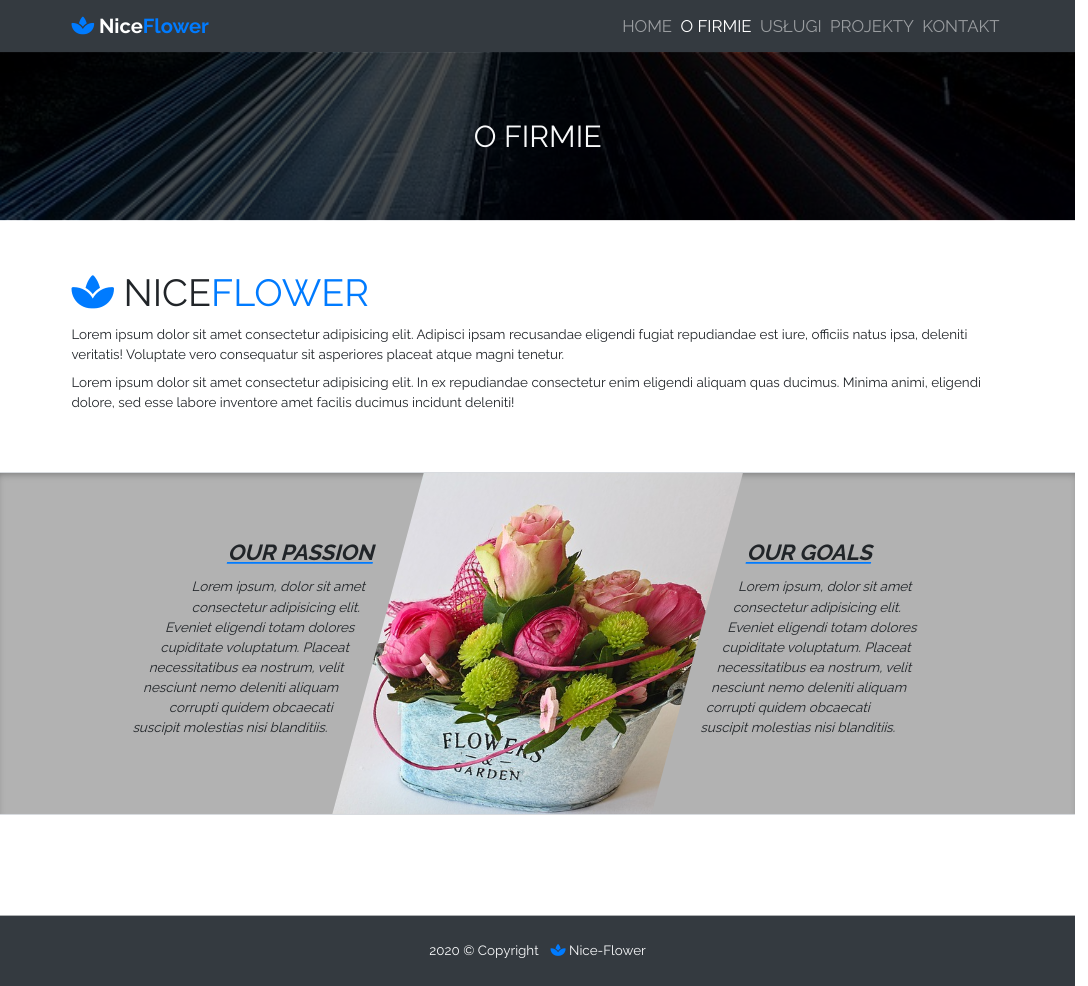
Repository: KrzysKolo/Projekt-13_Kwiaciarnia
Page: abouteus.html
An editor plug-in stored every save of this project. The page is shown before and after the next save, followed by the edit.
The browser window is 1280 px wide. The page is 1280 px wide, then 1295 px, so the pictures cover 1295 px, including what lies to the right of the window. The pictures show the whole page, at 84% of full size.
Some web libraries are served in a nearby version.

Above is the page before, as saved 2020-08-10 10:24:20.

After the next save:
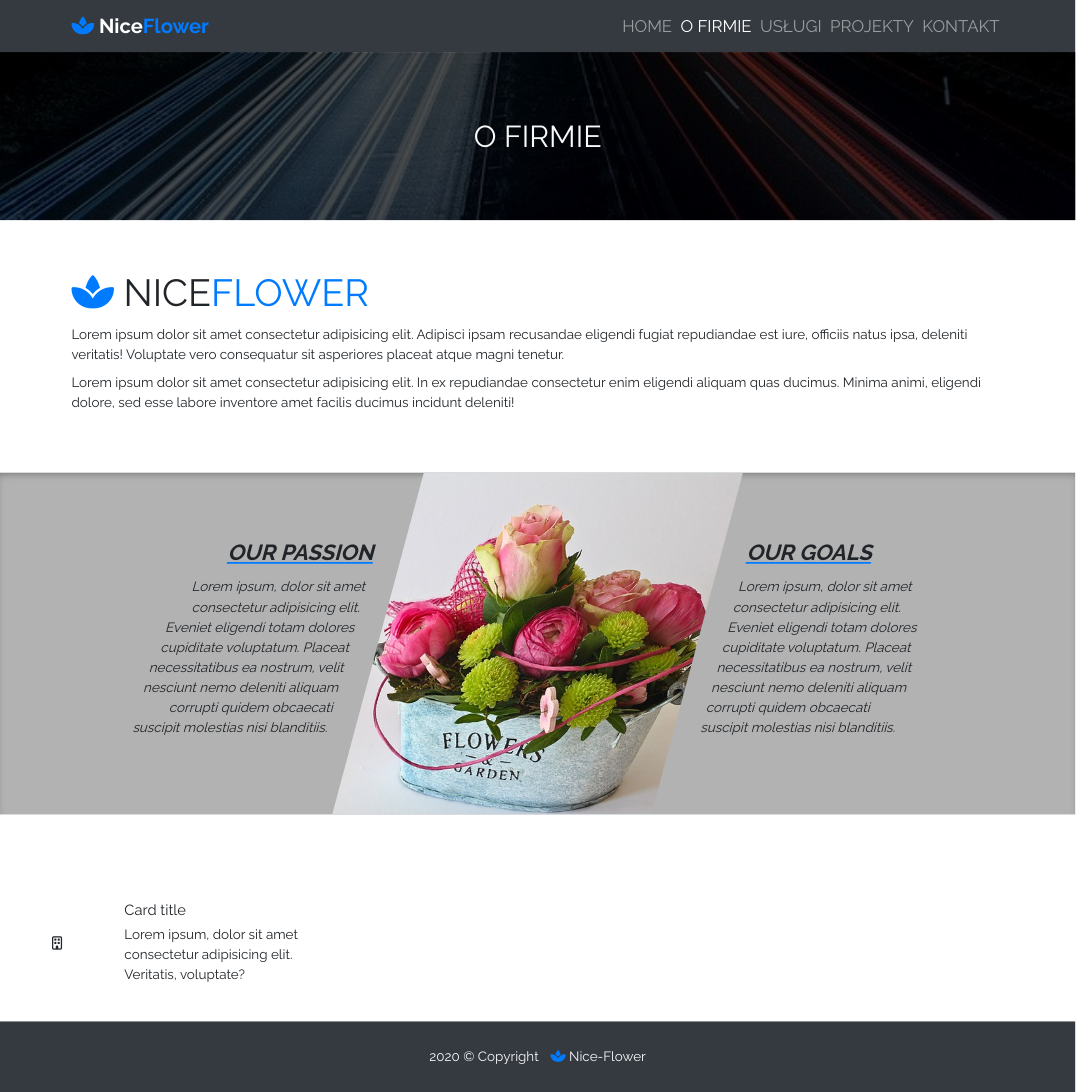
Saved 4 min 17 s later.
--- a/abouteus.html
+++ b/abouteus.html
@@ -118,7 +118,18 @@
             <div class="row no-gutters">
               <div
                 class="col-4 d-flex justify-content-center align-items-center"
-              ></div>
+              >
+                <i class="far fa-building"></i>
+              </div>
+              <div class="col-8">
+                <div class="card-body">
+                  <h3 class="card-title">Card title</h3>
+                  <p class="card-text">
+                    Lorem ipsum, dolor sit amet consectetur adipisicing elit.
+                    Veritatis, voluptate?
+                  </p>
+                </div>
+              </div>
             </div>
           </div>
         </div>
